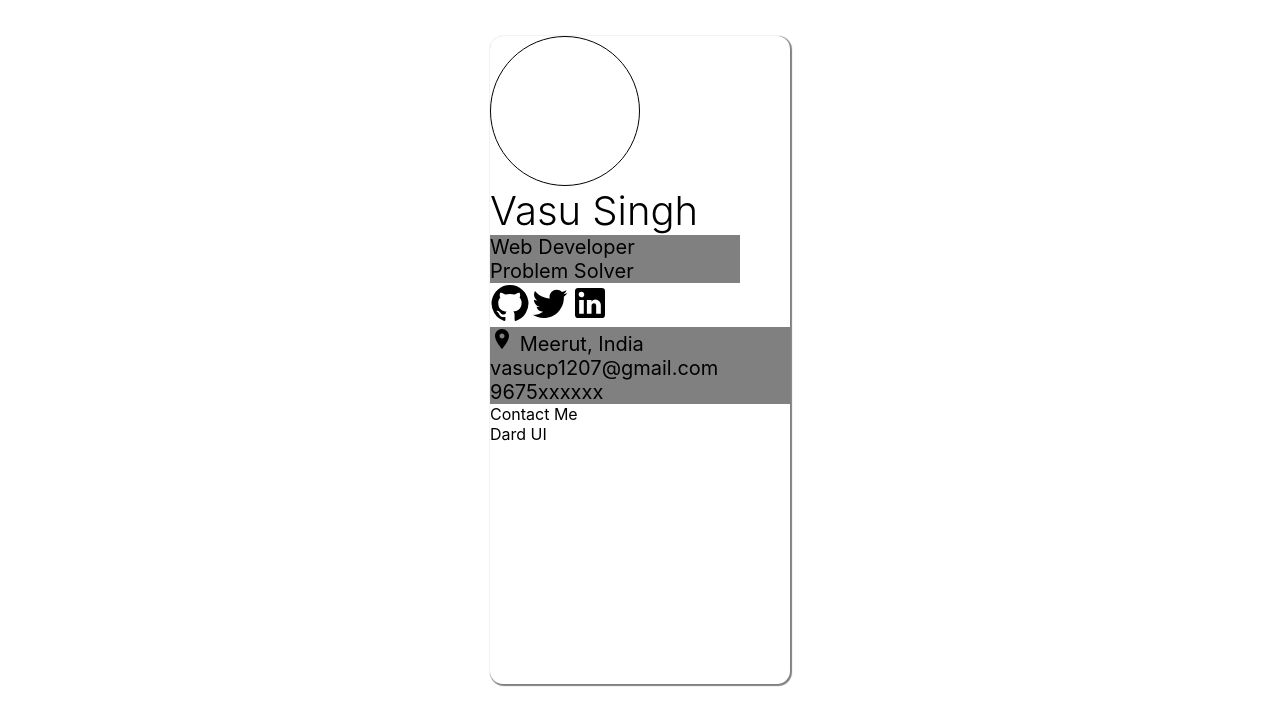
Repository: vasucp1207/grid-port
Page: /about
These files come from the project's save history. The page is drawn as it stood at one moment and after the next save; the edit follows.
The browser window is 1280 px wide. The pictures show the whole page.
Some web fonts or font styles are not loaded; a fallback is used. The project was rebuilt for these pictures with package versions that can differ from the ones it lists, and the page was loaded fresh each time. Also part of the build but not shown: src/pages/Home.js, src/pages/Projects.js.

Above is the page before, as saved 2022-08-16 22:16:23.

After the next save:
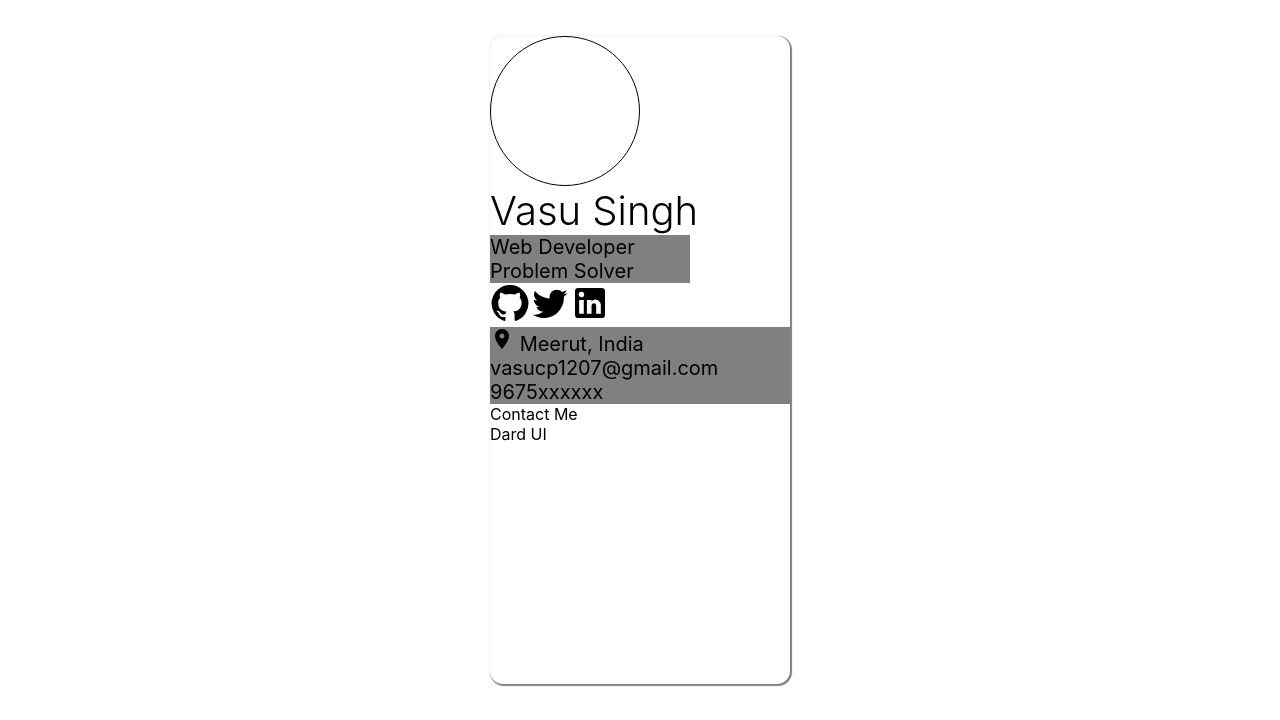
Saved 6 s later.
--- a/src/pages/AboutMe.js
+++ b/src/pages/AboutMe.js
@@ -88,7 +88,7 @@ const Left = styled.div`
     .sim-btn{
         font-size: 20px;
         background: gray;
-        width: 250px;
+        width: 200px;
     }
 
     .icons{
